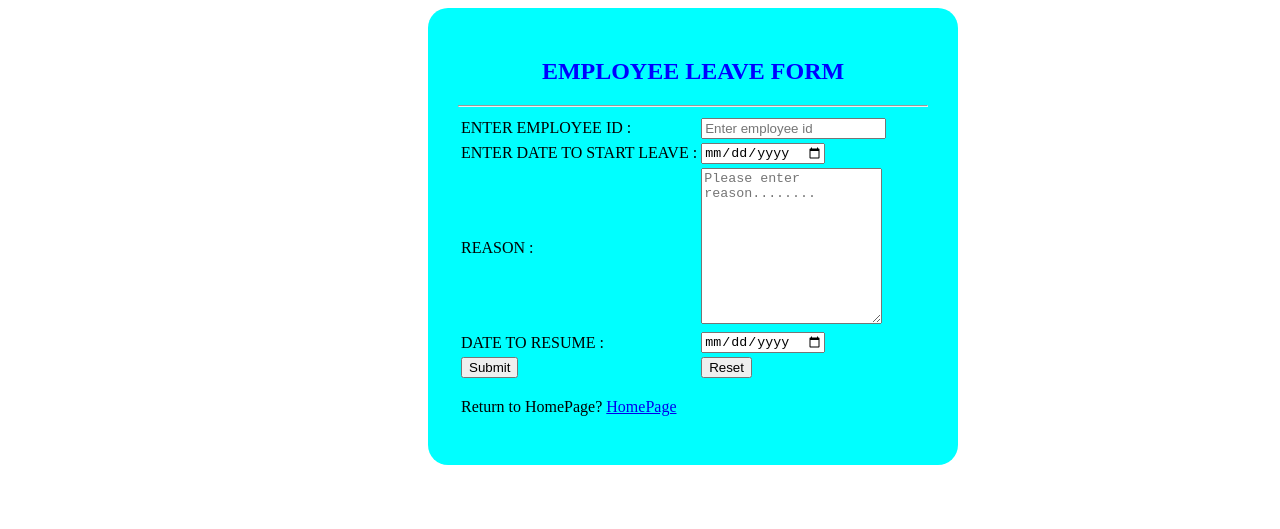
Repository: Catalyst-OTU/Java_Works
Page: jspSession2/WebContent/applyleave.html
These files come from the project's save history. The page is drawn as it stood at one moment and after the next save; the edit follows.
The browser window is 1280 px wide. The pictures show the whole page.

Above is the page before, as saved 2021-01-29 16:58:42.

### jspSession2/WebContent/applyleave.html
<!DOCTYPE html>
<html>
<head>
<meta charset="ISO-8859-1">
<title>Apply Leave</title>

	    <style>
        .conatiners{
                  margin-left: 420px;
                  margin-top: 10x;
                  background-color: aqua;
                  border-radius: 20px;
                  width: 470px;
                  padding: 30px;
                }
                h2{color: blue; text-align: center; cursor: pointer;}
                h2:hover{color: black;}
    </style>


</head>
<body>



	<div class="conatiners">

        <h2>EMPLOYEE LEAVE FORM</h2>
        <hr>


    <form action="applyleave.jsp" method="post">

		<table>
			<tr>
				<td> ENTER EMPLOYEE ID :</td>
				<td><input type="text" name="empid" class="form-control" placeholder="Enter employee id" required></td>
			</tr>

			<tr>
				<td> ENTER DATE TO START LEAVE :</td>
				<td><input type="date" name="applydate" class="form-control" placeholder="Enter date to start leave" required></td>
			</tr>

			<tr>
				<td> REASON :</td>
				<td><textarea type="text" name="reason" cols="20" rows="10" placeholder="Please enter reason........"></textarea></td>
			</tr>

			<tr>
				<td> DATE TO RESUME :</td>
				<td><input type="date" name="resumedate" class="form-control" placeholder="Enter date to resume" required></td>
			</tr>

            <tr class="text-right">
                <td> <input type="submit" class="btn btn-primary" value="Submit"> </td>
                <td> <input type="reset" class="btn btn-danger" value="Reset"> </td>
            </tr>

            <tr>
              <td> <p class="text-center">Return to HomePage? <a href="userpage1.jsp">HomePage</a></p> </td>
            </tr>

		</table>


    </form>

</div>


</body>
</html>

After the next save:
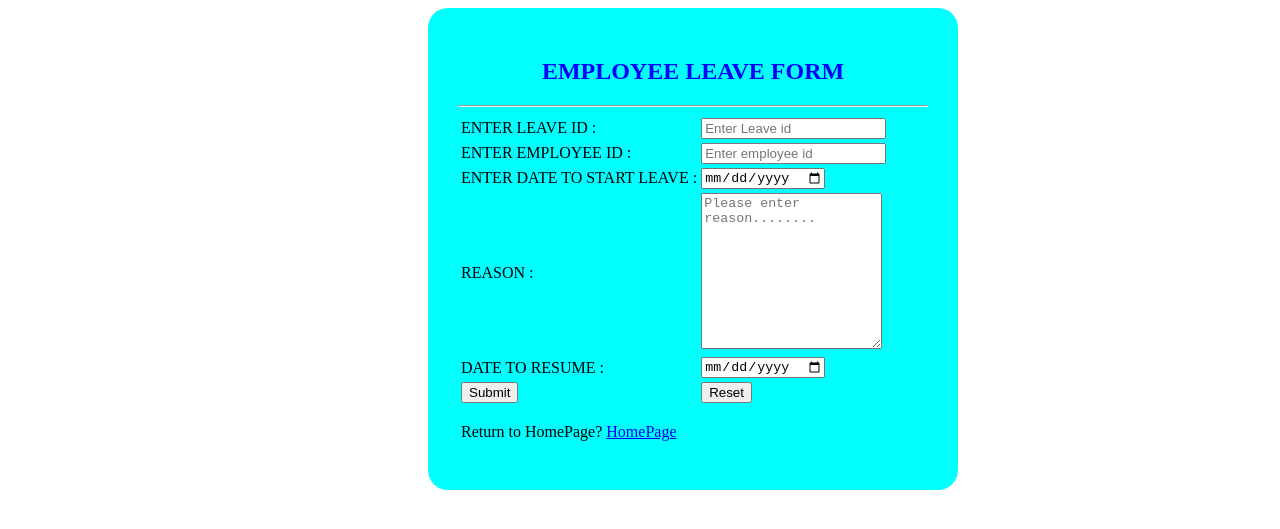
Saved 3 min 30 s later.
--- a/jspSession2/WebContent/applyleave.html
+++ b/jspSession2/WebContent/applyleave.html
@@ -32,6 +32,11 @@
     <form action="applyleave.jsp" method="post">
 
 		<table>
+
+			<tr>
+				<td> ENTER LEAVE ID :</td>
+				<td><input type="text" name="leaveid" class="form-control" placeholder="Enter Leave id" required></td>
+			</tr>
 			<tr>
 				<td> ENTER EMPLOYEE ID :</td>
 				<td><input type="text" name="empid" class="form-control" placeholder="Enter employee id" required></td>
